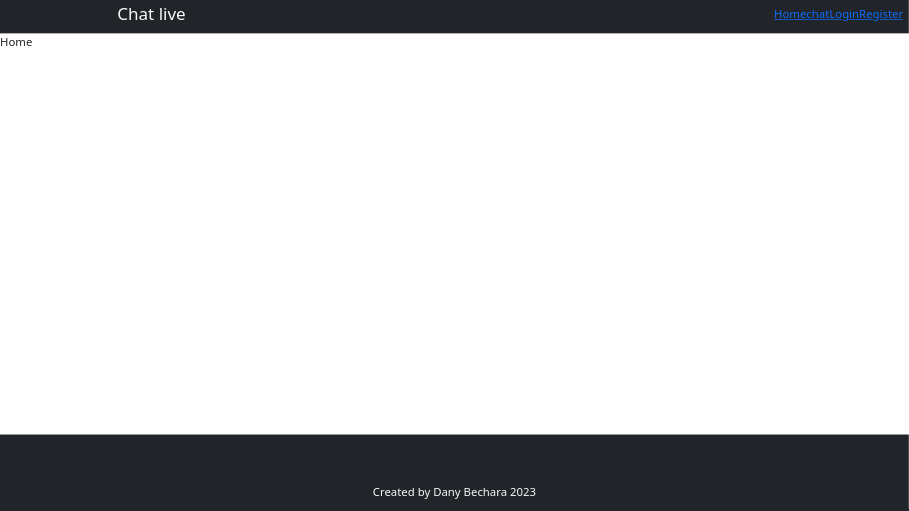
Repository: bechara611/chatv2
Page: /
The author's editor kept a copy of each file at every save. The page is drawn from the files as they stood at one save, then again after the next save.
The browser window is 1280 px wide. The pictures show the whole page, at 71% of full size.
The project was rebuilt for these pictures with package versions that can differ from the ones it lists, and the page was loaded fresh each time. Also part of the build but not shown: src/auth/components/login.jsx, src/auth/components/register.jsx.

Above is the page before, as saved 2023-03-02 17:28:22.

### src/index.js
import React from 'react';
import ReactDOM from 'react-dom/client';
import './index.css';
import App from './App';
import { BrowserRouter } from 'react-router-dom';
import 'bootstrap/dist/css/bootstrap.min.css'
import 'bootstrap/dist/js/bootstrap.bundle.js'

const root = ReactDOM.createRoot(document.getElementById('root'));
root.render(
  <BrowserRouter>
    <App />
    </BrowserRouter>
);

### src/App.js
import React from 'react'
import { Rutas } from './Router/Routes';
import { Header } from './ui/components/Header';
import './App.css'
import { Footer } from './ui/components/Footer';
const App = () => {
  return (
    <>
      <div className="contenedor-completo">
        <Header></Header>
        <Rutas></Rutas>
       <Footer></Footer>

      </div>
    </>
  )
}
export default App;

### src/Router/Routes.jsx
import React from 'react'
import { Navigate, Route, Routes } from 'react-router-dom'
import { Login } from '../auth/components/login'
import { Register } from '../auth/components/register'
import { Home } from '../ui/components/Home'

export const Rutas = () => {

    return (

        <Routes>
            <Route path='/' element={<Home></Home>}></Route>
            <Route path='/login' element={<Login></Login>}></Route>
            <Route path='/register' element={<Register></Register>}></Route>
            <Route path='/chat' element={<h1>chat</h1>}></Route>
            <Route path='/*' element={<Navigate to={'/'}></Navigate>}></Route>
        </Routes>

    )
}

### src/ui/components/Header.jsx
import React from 'react'
import { NavLink } from 'react-router-dom'
import './Header.css'
export const Header = () => {
  return (
    <>

      <div className=" bg-dark contenedor-header col-12">
        <div className="titulo-header col-4">
          <h4 className='text-light'>Chat live</h4>

        </div>
    <div className="col-8  contenedor-menu">
    <nav className=' m-2 nav'>
    <NavLink className='item-menu' to={'/'}>Home</NavLink>
    <NavLink className='item-menu' to={'/chat'}>chat</NavLink>
    <NavLink className='item-menu' to={'/login'}>Login</NavLink>
    <NavLink className='item-menu' to={'/register'}>Register</NavLink>
  </nav>
    </div>




      </div>
    </>

  )
}

### src/App.css
.contenedor-completo{
    min-height: 100vh;
   position: relative;
}

### src/ui/components/Footer.jsx
import React from 'react'
import './Footer.css'


let linkdn="https://linkedin.com/in/DanyBechara";
let correo="mailto:bechara611@gmail.com";
let blank='_blank';
let github='https://github.com/bechara611';
let whatssap='https://wa.me/584120361952';

export const Footer = () => {
  return (
    <>
      {/*Aca este footer le estamos colocando una posicion absolute y a su padre relativa para poder ubicarlo al final de su div padre */}
      <div className="footer col-12 mt-5 pt-1 bg-dark">
      <a href={linkdn} target={blank} className='animate__animated animate__lightSpeedInLeft'><i className=" linkdin fa-brands fa-linkedin iconoRedes"></i></a>
      <a href={whatssap} target={blank}  className='animate__animated animate__lightSpeedInLeft'><i className="whatssap fa-brands fa-whatsapp iconoRedes"></i></a>
      <a href={correo} target={blank}  className='animate__animated animate__lightSpeedInLeft'><i className="gmail fa-solid  fa-envelope iconoRedes"></i></a>
      <a href={github} target={blank}  className='  animate__animated animate__lightSpeedInLeft'><i className=" github fa-brands fa-github iconoRedes"></i></a>

     <div className="col-12 contenedor-mensaje-footer mt-1">
     <div className="col-12 contenedor-mensaje-footer">
     <p className='mensaje text-light'>Created by Dany Bechara {new Date().getFullYear().toString()}</p>
     </div>

     </div>
      </div>
    </>

  )
}

### src/ui/components/Header.css
.contenedor-header{
    display: flex;
    flex-direction: row;
    flex-wrap: nowrap;
}
.titulo-header{
    text-align: center;
    padding: 5px;
}
.contenedor-menu{
    display: flex;
    flex-direction: row;
    flex-wrap: nowrap;
    justify-content: flex-end;
}

### src/ui/components/Footer.css
.footer {

    background: #e5e5e5;
    position: absolute;
    bottom: 0%;
    display: flex;
    flex-direction: row;
    justify-content: center;
    text-align: center;
    align-items: center;
    justify-items: center;
    flex-wrap: wrap;

}


.iconoRedes {
    font-size: 40px;
    padding-left: 10px;
    margin: 5px;

}

.github:hover {
    color: #4b3074;

}
.github{
    color: #6e5494;
}

.whatssap:hover {
    color: #0c903c;
}
.whatssap{
    color: #25d366;

}

.gmail:hover {
    color: #e65f5f;
}

.gmail{
    color: #cc0000;
}

.linkdin:hover {
    color: #0780ac;
}

.linkdin{
    color: #0377a1;
}

.contenedor-mensaje-footer {
    display: flex;
    flex-direction: row;
    justify-content: center;
    text-align: center;
    align-items: center;
    justify-items: center;
}

/*?RESPONSIVE*/

@media(max-width:255px) {
    .iconoRedes {
        font-size: 30px;
        padding-left: 5px;
    }

    .mensaje {
        font-size: 10px;
    }
}

Loaded but not shown: src/index.css (common file); src/ui/components/Home.jsx (common file)

After the next save:
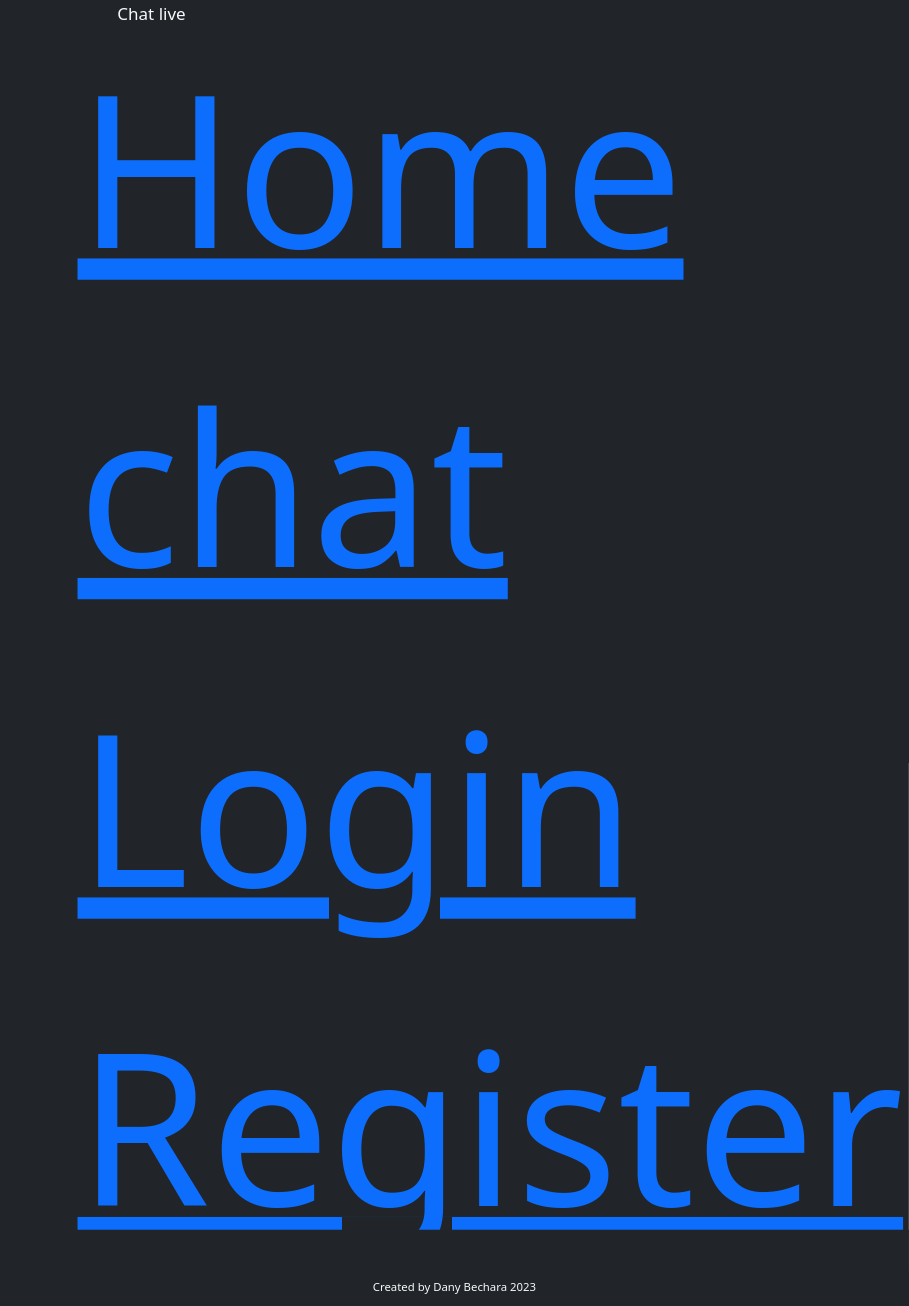
Saved 9 s later.
--- a/src/ui/components/Header.css
+++ b/src/ui/components/Header.css
@@ -13,3 +13,6 @@
     flex-wrap: nowrap;
     justify-content: flex-end;
 }
+.item-menu{
+    font-size: 300px;
+}

After the 2 saves that followed:
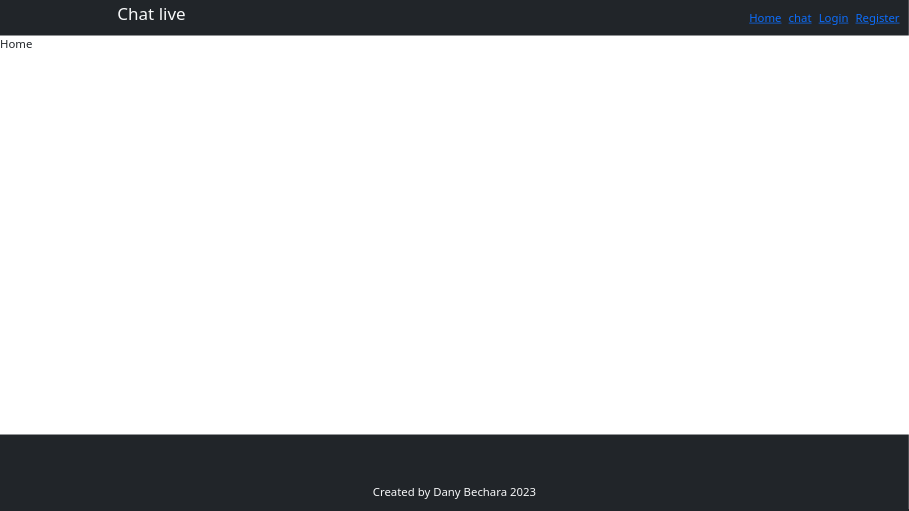
The 2 saves are shown as one change because they came seconds apart.
The last was saved 13 s later.
--- a/src/ui/components/Header.css
+++ b/src/ui/components/Header.css
@@ -14,5 +14,5 @@
     justify-content: flex-end;
 }
 .item-menu{
-    font-size: 300px;
+   margin: 5px;
 }
